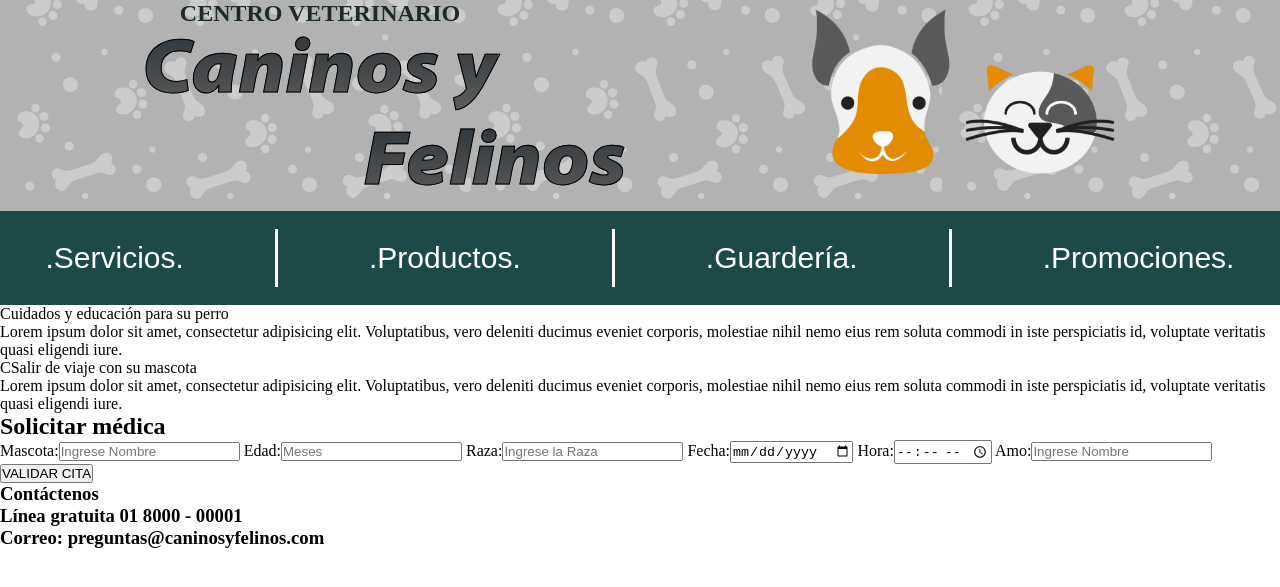
Repository: mariomr87/senaweb01
Page: principal.html
The author's editor kept a copy of each file at every save. The page is drawn from the files as they stood at one save, then again after the next save.
The browser window is 1280 px wide. The pictures show the whole page.

Above is the page before, as saved 2021-10-23 08:17:32.

### principal.html
<!DOCTYPE html>
<html lang="en">
<head>
    <meta charset="UTF-8">
    <meta http-equiv="X-UA-Compatible" content="IE=edge">
    <meta name="viewport" content="width=device-width, initial-scale=1.0">
    <link rel="stylesheet" href="estilos.css">
    <title>Document</title>
</head>
<body>
    <div>
        <header>
            <div id="cabecera">
                <div class="header-text">
                    <h3>CENTRO VETERINARIO</h3>
                    <h1><span id="header-text-degrad">Caninos y <br><span id="text-felinos">Felinos</span></spa></h1>
                </div>
                <div class="header-img">
                    <img src="./imagenes/dog_white.png" alt="">
                    <img src="./imagenes/cat_white.png" alt="">
                </div>
            </div>
        </header>
        <nav>
            <td>
                <tr><a href="">.Servicios.</a><span class="linea"></span></tr>
                <tr><a href="">.Productos.</a><span class="linea"></span></tr>
                <tr><a href="">.Guardería.</a><span class="linea"></span></tr>
                <tr><a href="">.Promociones.</a></tr>
            </td>
        </nav>
        <section>
            <article>
                <p>Cuidados y educación para su perro</p>
                <p>Lorem ipsum dolor sit amet, consectetur adipisicing elit. Voluptatibus, vero deleniti ducimus eveniet corporis, molestiae nihil nemo eius rem soluta commodi in iste perspiciatis id, voluptate veritatis quasi eligendi iure.</p>
            </article>
            <article>
                <p>CSalir de viaje con su mascota</p>
                <p>Lorem ipsum dolor sit amet, consectetur adipisicing elit. Voluptatibus, vero deleniti ducimus eveniet corporis, molestiae nihil nemo eius rem soluta commodi in iste perspiciatis id, voluptate veritatis quasi eligendi iure.</p>
            </article>
        </section>
        <aside>
            <form action="">
                <div><h2>Solicitar médica</h2></div>
                <div>
                    <label for="mascota_name">Mascota:</label><input type="text" placeholder="Ingrese Nombre" id="">
                    <label for="age_pet">Edad:</label><input type="number" name="" id="" placeholder="Meses">
                    <label for="raza_pet">Raza:</label><input type="text" name="" id="" placeholder="Ingrese la Raza">
                    <label for="fecha_ingreso_pet">Fecha:</label><input type="date" name="" id="">
                    <label for="hora_ingreso_pet">Hora:</label><input type="time" name="" id="">
                    <label for="amo_pet">Amo:</label><input type="text" name="" id="" placeholder="Ingrese Nombre">
                    <button type="submit">VALIDAR CITA</button>
                </div>
            </form>
        </aside>
        <footer>
            <h3>Contáctenos</h3>
            <h3>Línea gratuita 01 8000 - 00001</h3>
            <h3>Correo: preguntas@caninosyfelinos.com</h3>
        </footer>
    </div>
</body>
</html>

### estilos.css
*{
    margin: 0px;
    padding: 0px;
}

@font-face {
    font-family: Myriad_Pro ;
    src: url(./extra/MyriadProBlackSemiExtendedItalic.otf);
}

h1{
    font-family: Myriad_pro;
}

header div img{
    width: 10em;
}

#cabecera{
    background-image: url("./imagenes/fondo.png");
    background-repeat: initial;
    width: 100%;
    display: flex;
    text-align: center;
}

.header-text,.header-img{
    width:50%;
}

.header-text h3{
    font-size: 1.5em;
    color:#1c2c24;
}

.header-text h1{
    font-size: 4.8em;
}

#header-text-degrad{
    background: linear-gradient(#30373b,#5c5c5c);
    -webkit-background-clip: text;
    -webkit-text-fill-color: transparent;
    -webkit-text-stroke: 1px black;
}

#text-felinos{
    margin-left: 350px;
}

nav{
    display: flex;
    flex-direction: row;
    justify-content: space-around;
    background: #1c4a48;
}

nav a{
    color: #fff;
    text-decoration: none;
    font-size: 30px;
    font-family: Arial, Helvetica, sans-serif;
    padding: 30px 0;

}

.linea{
    border-right: 3px solid #fff;
    margin: 18px 0;
}

After the next save:
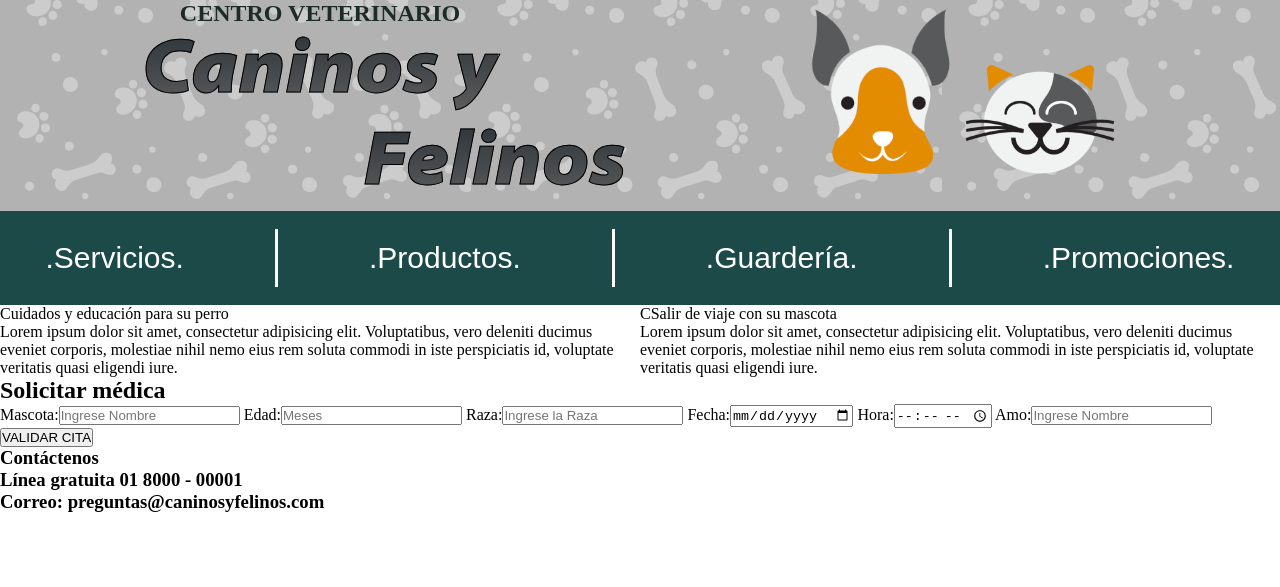
Saved 64 s later.
--- a/estilos.css
+++ b/estilos.css
@@ -68,3 +68,7 @@ nav a{
     border-right: 3px solid #fff;
     margin: 18px 0;
 }
+
+section{
+    display: flex;
+}

After the save that followed:
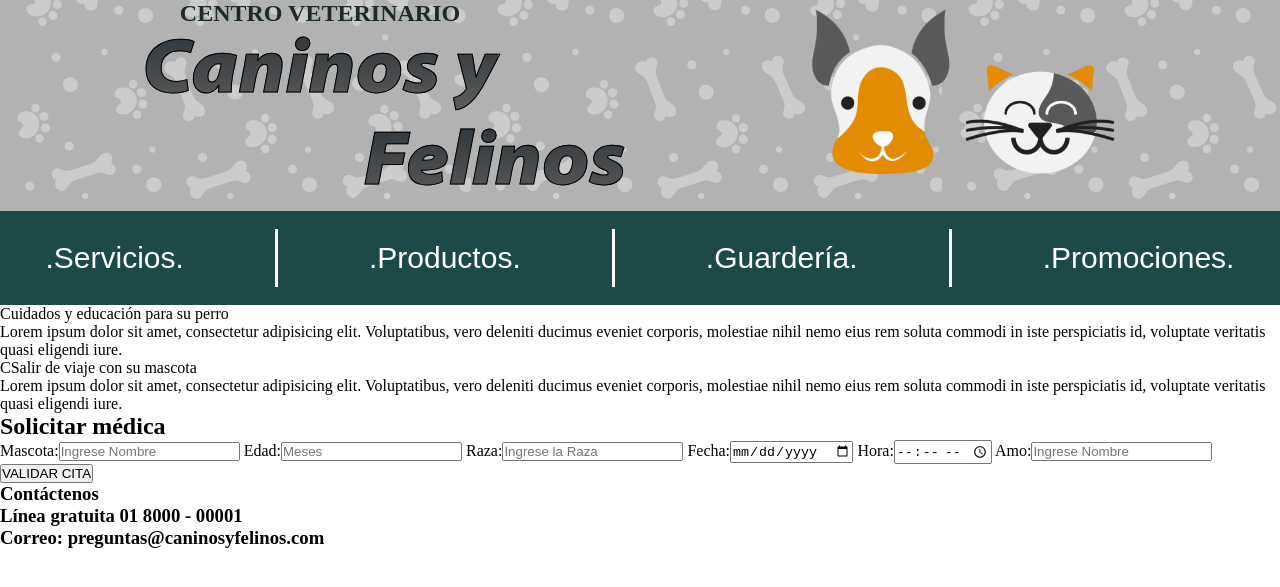
Saved 12 s later.
--- a/estilos.css
+++ b/estilos.css
@@ -71,4 +71,5 @@ nav a{
 
 section{
     display: flex;
+    flex-direction: column;
 }
